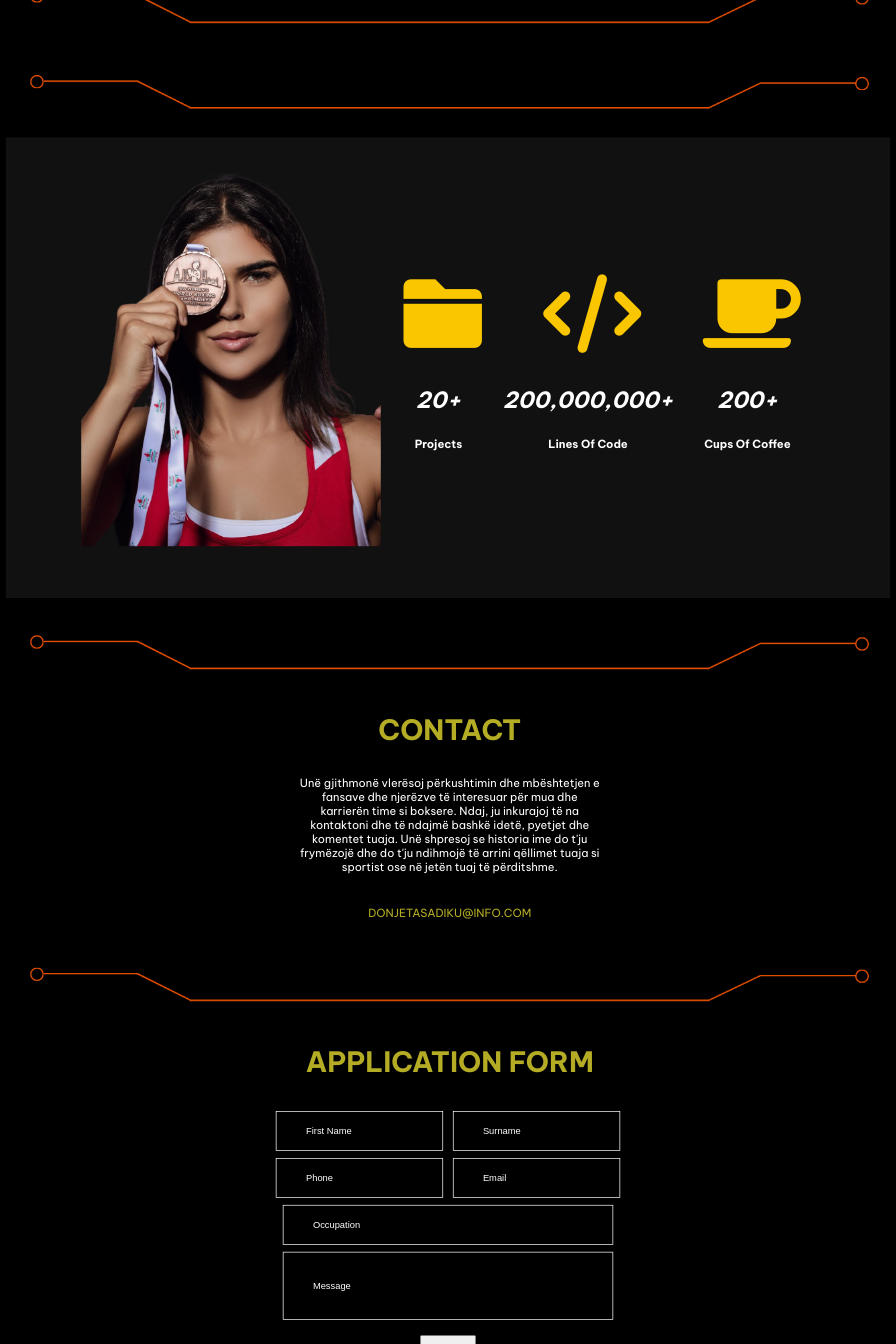
Repository: milot-morina/ds-boxing
Page: DS-Portfolio/index.html
The author's editor kept a copy of each file at every save. The page is drawn from the files as they stood at one save, then again after the next save.
The browser window is 1280 px wide. The pictures show the part of the page from y = 2666 to 4586 px (the page is 4894 px tall before and 4918 px after), at 70% of full size.
A picture or video elsewhere on the page could not be fetched, so the positions and the page height are approximate.

Above is the page before, as saved 2023-03-21 10:55:58.

### DS-Portfolio/index.html
<!DOCTYPE html>
<html lang="en">
<head>
  <meta charset="UTF-8">
  <meta http-equiv="X-UA-Compatible" content="IE=edge">
  <meta name="viewport" content="width=device-width, initial-scale=1.0">
  <title>Donjeta Sadiku</title>
  <link rel="stylesheet" href="style.css">
  <link rel="stylesheet" href="https://cdnjs.cloudflare.com/ajax/libs/font-awesome/6.0.0-beta2/css/all.min.css" integrity="sha512-YWzhKL2whUzgiheMoBFwW8CKV4qpHQAEuvilg9FAn5VJUDwKZZxkJNuGM4XkWuk94WCrrwslk8yWNGmY1EduTA==" crossorigin="anonymous" referrerpolicy="no-referrer" />
  <link rel="icon" href="logofinal.png" type="image/icon type" style="width: 100%;">
  <link href="https://fonts.googleapis.com/css2?family=Be+Vietnam+Pro:wght@400;500;700&display=swap" rel="stylesheet">
</head>
<body>

  <section class="section1" id="home">
    <video muted autoplay loop style="pointer-events: none;">
      <source src="DS-Glitch.mp4" type="video/mp4">
    </video>
    <header class="hidden3">
      <div class="container">
        <nav class="navbar">
          <div class="brand-title">
            <img src="unitetiLogoFinal.png" alt="" width="130px">
          </div>
          <a href="#" class="toggle-button">
            <span class="bar"></span>
            <span class="bar"></span>
            <span class="bar"></span>
          </a>
          <div class="navbar-links">
            <ul>
              <li><a href="#home" class="home-btn">HOME</a></li>
              <li><a href="#club" class="header-club">CLUB</a></li>
              <li><a href="#contact" class="header-link a">CONTACT</a></li>
              <li><a href="#form" class="header-link a">FORM</a></li>
            </ul>
            <div class="socials">
            <i class="fa-brands fa-facebook"><a href="https://www.youtube.com/watch?v=dQw4w9WgXcQ"></a></i>
            <i class="fa-brands fa-instagram"></i>
            <i class="fa-brands fa-youtube"></i>
            <i class="fa-brands fa-app-store-ios"></i>
          </div>
          </div>

        </nav>
      </div>
    </header>
  </section>


  <img src="separator2.png" alt="" width="100%" style="margin-top: 40px;" class="first-seperator">


  <section class="section2 container row" id="club">

    <div class="images hidden2">
      <img src="handsUp.jpg" alt="">
    </div>
    <div class="text hidden">
      <p class="section-h hidden3">HISTORIA SHKRUHET!</p>
      <p class="section2-p hidden3">Nuk ka fjalë për t'u shprehur se sa krenare isha për të përfaqësuar vendin tim në skenën dhe për të marrë medalje ne kete nivel. Ishte një ndjenjë e mrekullueshme të përfaqësosh vendin tënd dhe të ndjehesh si një ambasador i saj në arenën nderkombetare.</p>
      <p class="section2-p hidden3">Në çdo moment të kësaj përvojeje, isha e mbuluar nga emocionet për rëndësinë që kjo ngjarje kishte për popullin tim dhe për boksierët shqiptarë. Nuk ishte thjesht një fitore personale, por ishte një fitore që përfaqësoi përparimin e boksi shqiptar dhe mundësinë e një të ardhme të ndritshme për sportin në vendin tonë.</p>
      <p class="section2-p hidden3">Kur mora medaljen olimpike, ndjeva një ndjenjë të thellë krenarie dhe një ndjesi të vërtetë prej triumfi. Ishte si të isha i gjithë vendlindja ime, duke festuar këtë arritje të madhe me mua. Nuk mund të mendoja për ndonjë gjë më të rëndësishme në atë moment, dhe do të mbaj gjithmonë këtë kujtim në zemrën time.</p>

    </div>

  </section>

  <img src="separator2.png" alt="" width="100%" style="margin-top: 30px;">


  <section class="section3 container">
    <p class="section-h">MEDALJET FLASIN VET!</p>
   <div class="row">
    <div class="text hidden2">
      <p>Viti me i suksesshem ne karrieren time . Solla dy medalje nje evropiane e një botërore. Dëshmova që une Donjeta Sadiku nuk dorërzohem asnjëher përkundrazi nuk kam dyshuar asnjëherë në veten time, mirpo tani po ndihem e kompletuar nën udhëheqjen e trajneres time Marjola Sallauka .</p>
      <p>Tash e tutje luftoj vetëm për medalje Olimpike. Unë besoj në vetën time dhe ju premtoj që me përkrahjen tuaj unë do ti realizoj këto synime . Faleminderit për përkrahje familjes time, Federatës së Boksit. Faleminderit trajnerës Marjola Sallauka për mjeshtërinë që tregon me punën e saj.</p>
    </div>
    <div class="images hidden">
      <img src="DplusMar.jpg" alt="" style="max-width: 640px;">
    </div>
   </div>

  </section>








  <img src="separator2.png" alt="" width="100%" style="margin-top: 30px;">




  <section class="section4 container" id="nft">
    <p class="section-h hidden3">HOLD THE VISION, TRUST THE PROCESS</p>
    <div class="row">
      <div class="text hidden2" style="text-align: left">
        <p>Unë jam Donjeta Sadiku, një boksere shqiptare që i kam kushtuar jetën sportit, e rritur në Prishtinë, Kosovë,
        </p>
        <p>Që nga një moshë e re, e dija se dëshiroja të bëhesha një boksere.Pavarësisht sfidave të shumta në rrugën time, nuk u dorëzova kurrë nga ëndrra ime.
        </p>
        <p>Me ndihmën e trajneres sime të përkushtuar, arrita të tejkalova edhe pengesat më të vështira qe të bëhesha një nga boksieret kryesore të femrave në Kosovë.</p>
      </div>
      <div class="hidden3">
        <div class="column">
          <img src="profilePic.png" alt="" style="width: 300px;">
          <!-- <img src="shadow.png" alt="" style="width: 300px;"> -->
        </div>
      </div>
      <div class="text hidden">
        <p>Punë e palodhshme dhe përkushtimi im iu kthye në mënyrë të mire kur përfaqësova vendin tim në Lojërat Olimpike të vitit 2020 në Tokyo, Japoni, duke fituar medaljen e parë të vendit tim në boksin e femrave.</p>
        <p>Pavarësisht konkurrencës së fortë nga disa nga boksieret më të mira të botës, luftova me të gjithë zemrën dhe shpirtin tim, duke fituar medaljen e parë të vendit tim në boksin e femrave.
        </p>
        <p>
          Mundohem te jem një shembull për gratë dhe vajzat kudo, duke treguar punë të palodhshme dhe përkushtim dhe vendosmeri, çdo gjë është e mundur.
        </p>
      </div>
    </div>

  </section>

  <img src="separator2.png" alt="" width="100%" style="margin-top: 30px;">
  <img src="separator2.png" alt="" width="100%" style="margin-top: 30px;">
  <!-- ktu section i ri -->


  <section class="fun-facts text-center">
    <div class="container">
      <div class="row">
        <div class="col-md-6 d-flex justify-content-end flex-column">
          <img src="medalje-removebg-preview.png" alt="Your image description" style="margin-right: 50px;">
        </div>

        <div class="col-md-6">
          <div class="row justify-content-between">
            <div class="col-md-4 text-center" style="margin-left: 20px;">
              <i class="fa fa-folder fa-7x"></i>
              <p class="number" style="font-size: 32px;">20+</p>
              <p>Projects</p>
            </div>

            <div class="col-md-4 text-center">
              <i class="fa fa-code fa-7x"></i>
              <p class="number" style="font-size: 32px;">200,000,000+</p>
              <p>Lines Of Code</p>
            </div>

            <div class="col-md-4 text-center" style="margin-right: 20px;">
              <i class="fa fa-coffee fa-7x"></i>
              <p class="number" style="font-size: 32px;">200+</p>
              <p>Cups Of Coffee</p>
            </div>
          </div>
        </div>
      </div>
    </div>
  </section>




  <!-- perfunduon -->
  <img src="separator2.png" alt="" width="100%" style="margin-top: 30px;">

  <section class="section5 container" id="contact">
    <div class="text">
      <p class="section-h">CONTACT</p>
      <p>Unë gjithmonë vlerësoj përkushtimin dhe mbështetjen e fansave dhe njerëzve të interesuar për mua dhe karrierën time si boksere. Ndaj, ju inkurajoj të na kontaktoni dhe të ndajmë bashkë idetë, pyetjet dhe komentet tuaja. Unë shpresoj se historia ime do t'ju frymëzojë dhe do t'ju ndihmojë të arrini qëllimet tuaja si sportist ose në jetën tuaj të përditshme.</p>
      <p style="color: #B4AC25; margin-top: 45px;">DONJETASADIKU@INFO.COM</p>
    </div>
  </section>






 <img src="separator2.png" alt="" width="100%" style="margin-top: 30px;">

  <section class="section6 container" id="form">
    <div class="text">
      <p class="section-h">APPLICATION FORM</p>
    </div>
    <form action="#">
      <div class="form-row">
        <input type="text" placeholder="First Name">
        <input type="text"placeholder="Surname">
      </div>
      <div class="form-row">
        <input type="text" placeholder="Phone">
        <input type="email" placeholder="Email">
      </div>
      <div class="long-inputs-form">
        <input type="text" placeholder="Occupation"><br>
        <input type="text" placeholder="Message" style="padding-block: 40px;">
      </div>
    </form>
    <button class="home-btn">Apply</button>
    <div class="socials" style="margin-block: 40px;">
      <a href="https://www.facebook.com/your-page"><i class="fa-brands fa-facebook"></i></a>
      <a href="https://www.instagram.com/donjetasadikuofficial/"><i class="fa-brands fa-instagram"></i></a>
      <a href="https://www.youtube.com/channel/your-channel"><i class="fa-brands fa-youtube"></i></a>
      <!-- <a href="https://apps.apple.com/your-app"><i class="fa-brands fa-app-store-ios"></i></a> -->
    </div>


    <div class="text" style="margin-bottom: 40px;">
      <p>Copyright © - 2023 - Donjeta Sadiku </p>
    </div>


    <div style="background-color: rgba(0, 0, 0, 0.2); display: flex; justify-content: center; align-items: center;">
      <a class="navbar-brand" href="https://www.reetech.ch/">
        <img src="reetech.png" width="185" height="105" class="d-inline-block align-top" alt="">
      </a>
    </div>

  </section>




  <script src="script.js"></script>
</body>
</html>

### DS-Portfolio/style.css
html {
  scroll-behavior: smooth;
  transition: 2s;
  overflow-x: hidden;
}

body {
  text-align: center;
  overflow-x: hidden;
  font-family: 'Be Vietnam Pro', sans-serif;
  background-color: black !important;
}

/* header----*/


/*  */



/* #Fun Facts
================================================================================= */
.fun-facts {
  background: #111;
  padding: 50px;
  margin-top: 20px;
  color: #fff;
}

.fun-facts i {
  color: #fac600;
  margin-bottom: 15px;
  margin-right: 0;
}

.fun-facts i:hover {
  color: #fac600;
}

.fun-facts p {
  font-weight: bold;
}

p.number {
  font-style: italic;
}

.fun-facts .container {
  display: flex;
  flex-direction: column;
  align-items: center;
}

.fun-facts img {
  max-width: 100%;
  height: auto;
  margin-bottom: 20px;
}

.fun-facts .row {
  display: flex;
  flex-direction: column;
  align-items: center;
}

.fun-facts .col-md-4 {
  text-align: center;
  margin-bottom: 20px;
}

@media screen and (min-width: 768px) {
  .fun-facts .container {
    flex-direction: row;
    justify-content: space-between;
  }

  .fun-facts .row {
    flex-direction: row;
    align-items: center;
  }

  .fun-facts .col-md-4 {
    margin-right: 30px;
    margin-bottom: 0;
  }

  .fun-facts .col-md-4:last-child {
    margin-right: 0;
  }

  .fun-facts .order-md-1 {
    order: 2;
  }

  .fun-facts .order-md-2 {
    order: 1;
  }

  .fun-facts .justify-content-end {
    justify-content: flex-end;
  }
}


/*  */


header {
  background-color: transparent;
  width: 100%;
  position: absolute;
  top: 0;
  left: 0;

  z-index: 100;
}


.navbar {
  display: flex;
  flex-direction: column;
  justify-content: space-between;
  align-items: flex-start;
  color: black;
}



.navbar-links {
  width: 100%;
  display: none;
}

.navbar-links ul {
  margin: 0;
  padding: 0;
  display: flex;
  flex-direction: column;
  width: 100%;
  text-align: center;
}

.navbar-links li {
  list-style: none;
  font-size: 15px;

}

.navbar-links li a {
  text-decoration: none;
  color: white;

  display: block;
}


.toggle-button {
  position: absolute;
  top: .75rem;
  right: 1rem;
  display: flex;
  flex-direction: column;
  justify-content: space-between;
  width: 31px;
  height: 21px;
}

.bar {
  width: 100%;
  height: 3px;
  background-color: white;
  border-radius: 10px;
}

.navbar-links.active {
  display: flex;
  flex-direction: column;
  background-color: transparent;
}

i {
  color: white;
}

i:hover {
  color: #B4AC25;
  cursor: pointer;
}



video {
  width: 100%;
  position: relative;
  height: auto;
  pointer-events: none;
  display: none;
}



.socials {
  width: 47%;
  display: block;
  margin: 5px auto;
  text-align: center;
}

i {
  margin-left: 12px;
  font-size: 24px;
}


.header-club {
  color: white;
  padding-inline: 10px;
  margin-top: 5px;
  max-width: 80px;
  display: block;
  margin-inline: auto;
  font-weight: 700;
}


.header-club:hover {
  color: white;
  border-color: #B4AC25;

}

.home-btn {
  color: white;
  padding-inline: 10px;
  margin-top: 5px;
  max-width: 80px;
  display: block;
  margin-inline: auto;
  font-weight: 700;
}

.home-btn:hover {
  color: white;
  border-color: white;
  background-color: transparent;
  cursor: pointer;
}


.header-link {
  color: white;
  padding-inline: 10px;
  margin-top: 5px;
  max-width: 80px;
  display: block;
  margin-inline: auto;
  font-weight: 700;
}

.header-link:hover {
  color: #B4AC25;
}

a {
  position: relative;
}

a::after {
  content: " ";
  position: absolute;
  background-color: #B4AC25;
  height: 3px;
  width: 0;
  left: 0;
  bottom: -10px;
  transition: 0.3s;
}

a:hover::after {
  width: 100%;
}





/*---------------header-----------*/




/*---------------------- collapsible table ------------------------*/

.main-collapsible {
  background-color: transparent;
  color: black;
  width: 100%;
  margin-inline: auto;
  margin-block: 120px 40px;
}



.container-collapsible {
  width: 100%;
  margin: 0 auto;
  display: flex;
  flex-direction: column;
  align-items: center;
}


hr {
  background-color: white;
  width: 90%;
  display: block;
  margin-inline: auto;
}



.collapsible-button {
  background-color: rgb(24, 24, 24);
  color: gray;
  cursor: pointer;
  padding: 5px;
  width: 93%;
  border-bottom: 1px solid white;
  display: flex;
  align-items: center;
  justify-content: space-between;
  text-align: left;
  outline: none;
  font-size: 15px;
  border: none;
}





.button-name-collapsible {
  color: white;
  text-align: left;
  outline: none;
  font-size: 16px;

}


.button-name-collapsible:hover {
  color: #B4AC25;
}



.collapsible-button:after {
  content: '\002B';
  color: white;
  font-weight: bold;
  float: right;
  margin-left: 5px;
  font-size: 24px;
}

.collapsible-button:hover::after{
  color: #B4AC25;
}

.active:after {
  content: "\2212";
}

.content {
  width: 93%;
  max-height: 0;
  overflow: hidden;
  transition: max-height 0.2s ease-out;
  background-color:  rgb(24, 24, 24);
  color: white;
  margin-bottom: 10px;
}

/*---------------------- collapsible table ------------------------*/



/*----------animations------------*/

.hidden {
  opacity: 0;
  filter: blur(2px);
  transform: translateX(60%);
  transition: all 700ms;
}


.hidden2 {
  opacity: 0;
  filter: blur(2px);
  transform: translateX(-60%);
  transition: all 700ms;
}

.hidden3 {
  opacity: 0;
  filter: blur(2px);
  transform: translateY(-5%);
  transition: all .7s;
}



.show {
  opacity: 1;
  filter: blur(0);
  transform: translateX(0);
}


@media(prefers-reduced-motion) {
  .hidden {
    transition: none;
  }
}

/*--------------animations------------------*/


/*---------main---------------*/

body {
  background-color: black;

}


.container {
  width: 90%;
  margin: 0 auto;
}



.first-seperator {
  display: none;
}

@media(min-width: 687px) and (max-width: 900px) {
  .column {
    display: flex;
    flex-direction: column;
    width: 100%;
    margin-left: 28%;
  }
}


.row2 {
  display: flex;
  align-items: center;
  justify-content: space-between;
}

.section2 {
  margin-top: 70px;
}

.section2 img {
  width: 80%;
  max-width: 500px;
  display: block;
  margin-inline: auto;
}

.text {
  color: white;
  max-width: 440px;
  display: block;
  margin-inline: auto;
}

.text p {
  font-weight: 400;
  margin-left: 5px;
}

.text .section-h,
.section-h {
  font-size: clamp(2.15rem, 2.5rem, 3.2rem);
  color: #B4AC25;
  font-weight: 700;
}

.images img {
  max-width: 550px;
  width: 100%;
}

.section3 .images img {
  width: 100%;
}


input {
  background-color: transparent;
  color: white;
  border: 1px solid white;
  padding: 20px 30px;
  margin: 5px;
  max-width: 410px;
}

input::placeholder {
  color: white;
  padding: 12px;
}

.long-inputs-form > input{
  width: 170px;
}

.section6 button{
  margin-top: 17px;
  padding: 10px 20px;
}

.section6 .socials{
  justify-content: center;
}



@media (min-width: 555px) {
  video {
    display: block;
  }

  .long-inputs-form > input{
    width: 470px;
  }

}


@media(min-width: 865px) {


  .toggle-button {
    display: none;
  }

  .navbar {
    flex-direction: row;
    align-items: center;
    justify-content: space-between;
  }

  .navbar-links  {
    display: flex;
    width: 100%;
    align-items: center;
  }

  .navbar-links ul {
    flex-direction: row;
    justify-content: center;
  }

  .navbar-links.active {
    flex-direction: row;
  }

  .socials {
    width: 6%;
    display: flex;
    justify-content: right;
  }

  .header-club {
    margin-left: 14px;
  }

}





@media (min-width: 900px) {
  .row {
    display: flex;
    justify-content: space-between;
    align-items: center;
  }

  .div {
    display: flex;
    justify-content: space-between;
    align-items: center;
    width: 100%;
    margin: 0 auto;
  }


  .long-inputs-form > input{
    width: 470px;
  }

}







/*---------------main-------------*/

### DS-Portfolio/script.js
const toggleButton = document.getElementsByClassName('toggle-button')[0]
const navbarLinks = document.getElementsByClassName('navbar-links')[0]

toggleButton.addEventListener('click', () => {
  navbarLinks.classList.toggle('active')
})





const observer = new IntersectionObserver((entries) => {
  entries.forEach((entry) => {
    console.log(entry)
    if (entry.isIntersecting) {
      entry.target.classList.add('show')
    } else {
      entry.target.classList.remove('show')
    }
  })
})

const hiddenElements = document.querySelectorAll('.hidden')
const hiddenElements2 = document.querySelectorAll('.hidden2')
const hiddenElements3 = document.querySelectorAll('.hidden3')
hiddenElements.forEach((el) => observer.observe(el))
hiddenElements2.forEach((el) => observer.observe(el))
hiddenElements3.forEach((el) => observer.observe(el))






//collapbsibleTable
let coll = document.getElementsByClassName("collapsible-button");
let i;

for (i = 0; i < coll.length; i++) {
  coll[i].addEventListener("click", function() {
    this.classList.toggle("active");
    let content = this.nextElementSibling;
    if (content.style.maxHeight){
      content.style.maxHeight = null;
    } else {
      content.style.maxHeight = content.scrollHeight + "px";
    }
  });
}

After the next save:
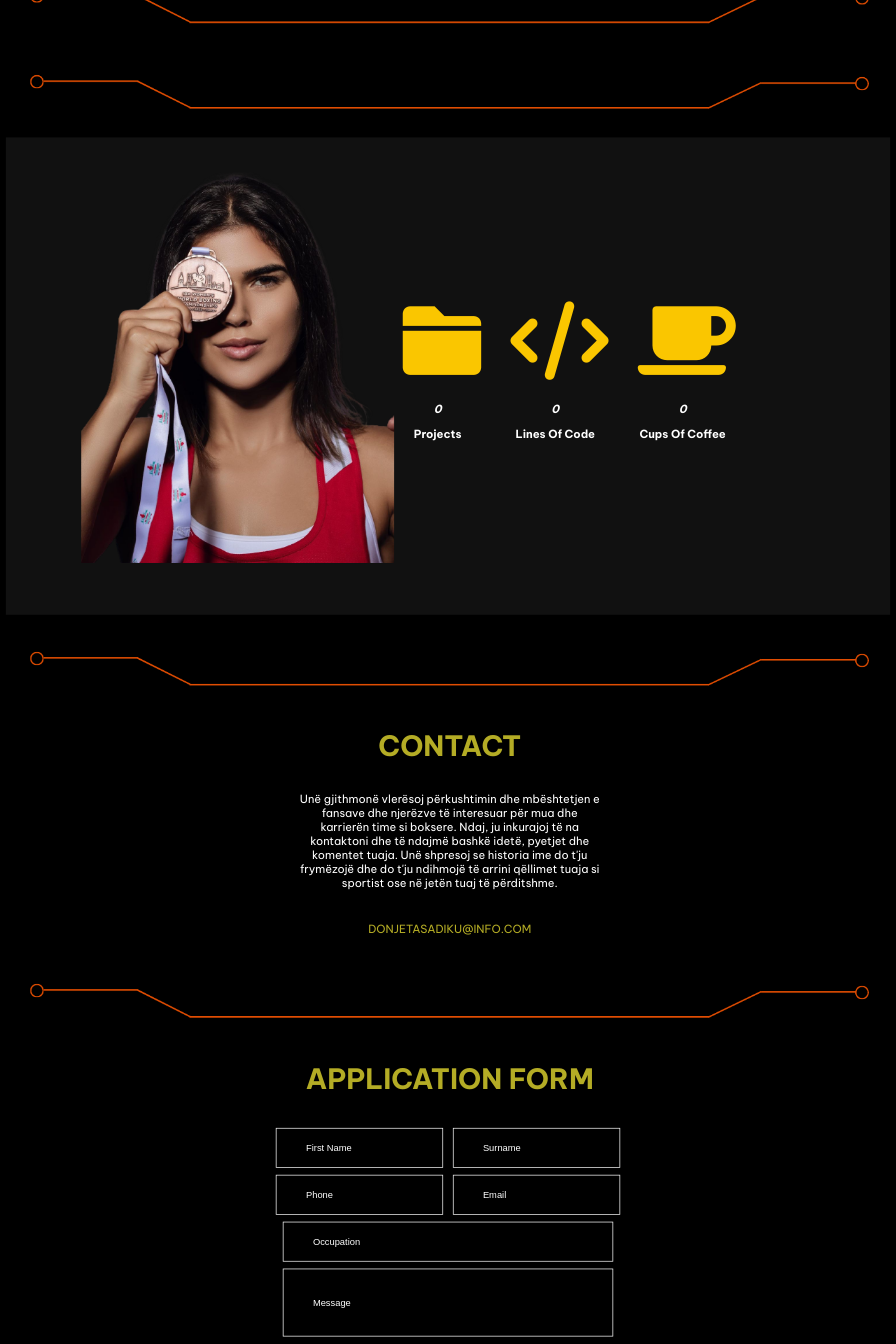
Saved 3 min 48 s later.
--- a/DS-Portfolio/index.html
+++ b/DS-Portfolio/index.html
@@ -128,30 +128,30 @@
   <!-- ktu section i ri -->
 
 
-  <section class="fun-facts text-center">
+  <section class="fun-facts text-center" id="fun-facts">
     <div class="container">
       <div class="row">
         <div class="col-md-6 d-flex justify-content-end flex-column">
-          <img src="medalje-removebg-preview.png" alt="Your image description" style="margin-right: 50px;">
+          <img src="medalje-removebg-preview.png" alt="Your image description" class="animated-image">
         </div>
 
         <div class="col-md-6">
           <div class="row justify-content-between">
-            <div class="col-md-4 text-center" style="margin-left: 20px;">
-              <i class="fa fa-folder fa-7x"></i>
-              <p class="number" style="font-size: 32px;">20+</p>
+            <div class="col-md-4 text-center">
+              <i class="fa fa-folder fa-7x animated-icon"></i>
+              <p class="number animated-number" data-final="20">0</p>
               <p>Projects</p>
             </div>
 
             <div class="col-md-4 text-center">
-              <i class="fa fa-code fa-7x"></i>
-              <p class="number" style="font-size: 32px;">200,000,000+</p>
+              <i class="fa fa-code fa-7x animated-icon"></i>
+              <p class="number animated-number" data-final="200000000">0</p>
               <p>Lines Of Code</p>
             </div>
 
-            <div class="col-md-4 text-center" style="margin-right: 20px;">
-              <i class="fa fa-coffee fa-7x"></i>
-              <p class="number" style="font-size: 32px;">200+</p>
+            <div class="col-md-4 text-center">
+              <i class="fa fa-coffee fa-7x animated-icon"></i>
+              <p class="number animated-number" data-final="200">0</p>
               <p>Cups Of Coffee</p>
             </div>
           </div>
